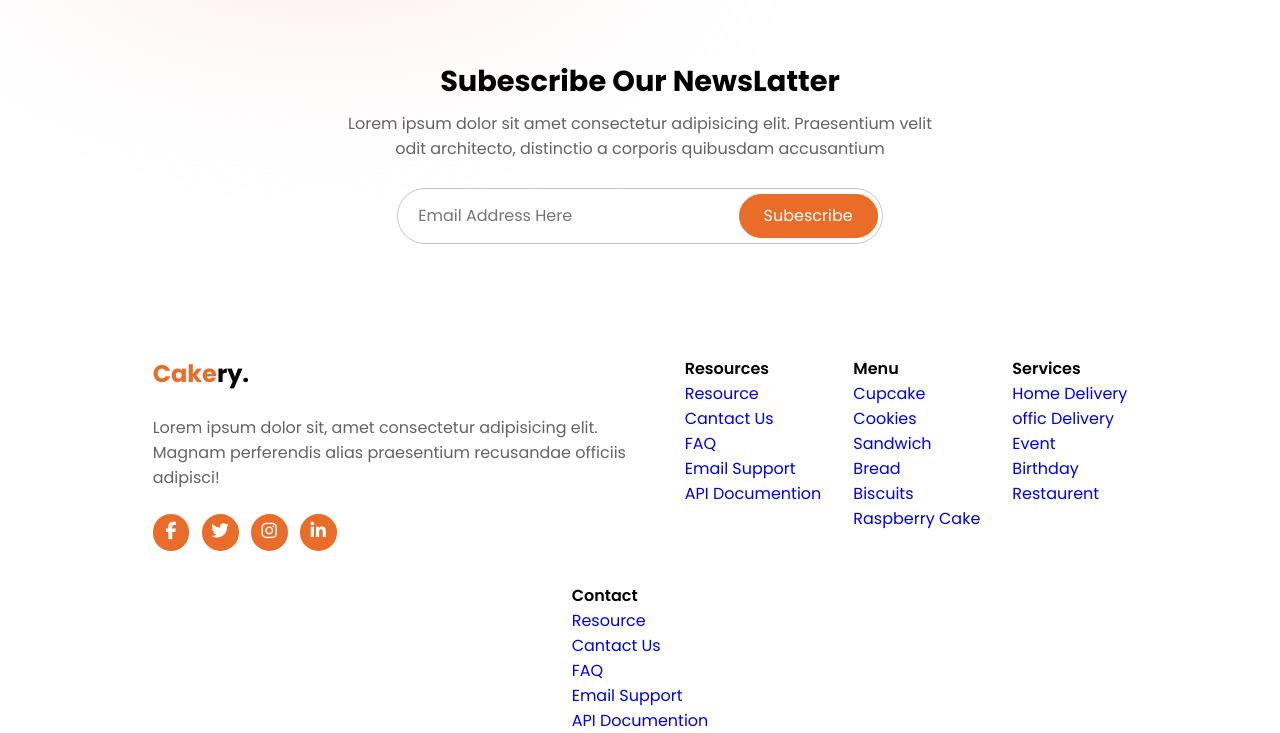
Repository: kingamirhosein100000-maker/cake.shop
Page: index.html
An editor plug-in stored every save of this project. The page is shown before and after the next save, followed by the edit.
The browser window is 1280 px wide. The pictures show the part of the page from y = 4552 to 5285 px (the page is 5285 px tall before and 5235 px after).
A picture or video elsewhere on the page could not be fetched, so the positions and the page height are approximate. Some web libraries are served in a nearby version.

Above is the page before, as saved 2026-01-29 17:52:30.

### index.html
<!DOCTYPE html>
<html lang="en">

<head>
    <meta charset="UTF-8">
    <meta name="viewport" content="width=device-width, initial-scale=1.0">
    <title>Bakery Website</title>
    <link rel="stylesheet" href="style.css">
    <link rel="stylesheet" href="https://cdnjs.cloudflare.com/ajax/libs/font-awesome/7.0.1/css/all.min.css" integrity="sha512-2SwdPD6INVrV/lHTZbO2nodKhrnDdJK9/kg2XD1r9uGqPo1cUbujc+IYdlYdEErWNu69gVcYgdxlmVmzTWnetw==" crossorigin="anonymous" referrerpolicy="no-referrer"
    />
</head>

<body>
    <!-- Header Part -->
    <header>
        <nav class="navbar container">
            <div class="logo">
                <a class="logo-txt" href="#">
                        Cake<span>ry.</span>
                    </a>

            </div>
            <ul class="navlist">
                <li>
                    <a href="#" class="navlinks active">
                            Home
                        </a>
                </li>
                <li>
                    <a href="#" class="navlinks">
                            About
                        </a>
                </li>
                <li>
                    <a href="#" class="navlinks">
                            Menu
                        </a>
                </li>
                <li>
                    <a href="#" class="navlinks">
                            Restaurent
                        </a>
                </li>
                <li>
                    <a href="#" class="navlinks">
                            Order
                        </a>
                </li>
                <li>
                    <a href="#" class="navlinks">
                            Contact
                        </a>
                </li>

            </ul>
            <div class="nav-icons">
                <a href="#" class="icons-link">
                    <i class="fa-solid  fa-user"></i>
                </a>
                <a href="#" class="icons-link">
                    <i class="fa-solid fa-shopping-cart"></i>

                </a>
            </div>
            <div class="hamburger">
                <div class="burger"></div>
                <div class="burger"></div>
                <div class="burger"></div>
            </div>
        </nav>
    </header>
    <!-- Section Parts -->
    <main>

        <!-- /* hero-section */ -->

        <section class="hero-section container">
            <div class="content">
                <div class="whatch">
                    <a href="#" class="icons-link">
                        <i class="fa-solid fa-play"></i>
                    </a>
                    <h3>Watch Video</h3>
                </div>
                <h1>The Perfect Baked Cake Everyday!</h1>
                <p>Lorem ipsum dolor sit, amet consectetur adipisicing elit. Facere laborum quaerat beatae molestiae explicabo asperiores, fugit harum quibusdam sit nesciunt illo.</p>
                <div class="btn-continer">
                    <button>Read More</button>
                    <button data-type="borderd-btn">Order Now</button>
                </div>
            </div>
            <div class="img-conteiner">
                <img src="img/cake.png" alt="عکس کیک ">
            </div>
        </section>
        <!-- Store section -->
        <section class="other-section container">
            <div class="column-canteiner">
                <h2>Welcome To Our Store</h2>
                <p data-type="centerd-txt">Lorem ipsum dolor sit amet consectetur adipisicing elit. Necessitatibus sit earum porro at! Officia, repellat. Modi, tempore minima.</p>
                <div class="card-conteiner">
                    <div class="card" data-type="category">
                        <img src="img/pastery.png">
                        <h3>Cake</h3>
                    </div>
                    <div class="card" data-type="category">
                        <img src="img/sandwich.png">
                        <h3>Sandwich</h3>
                    </div>
                    <div class="card" data-type="category">
                        <img src="img/cookie.png">
                        <h3>Cookie</h3>
                    </div>
                    <div class="card" data-type="category">
                        <img src="img/bread.png">
                        <h3>Bread</h3>
                    </div>
                </div>
            </div>
            </div>
        </section>
        <!-- About section -->
        <section class="other-section container">
            <div class="row-container">
                <div class="image-container">
                    <img src="img/cupcake.jpg">
                </div>


                <div class="content">
                    <h2>About<br> Cakery Bakery</h2>
                    <p>Lorem ipsum dolor sit amet, consectetur adipisicing elit. Laboriosam, necessitatibus nisi nemo, libero molestiae quas quibusdam incidunt voluptate adipisci consequatur ducimus autem</p>
                    <p>Lorem ipsum dolor sit amet consectetur adipisicing elit. Amet quidem rerum maiores quae saepe</p>
                    <button>Read More</button>
                </div>
            </div>
        </section>
        <!-- Featured Food -->

        <section class="other-section container">
            <div class="column-canteiner">
                <h2>Our Featured</h2>
                <p data-type="centerd-txt">Lorem ipsum dolor sit amet consectetur adipisicing elit. Praesentium velit odit architecto, distinctio a corporis quibusdam accusantium tempora </p>



                <div class="card-conteiner">
                    <div class="card" data-type="item">
                        <div class="image-part">
                            <img src="img/birthday cake.jpg">
                        </div>
                        <div class="detail">
                            <h4>$10.00</h4>
                            <h4>Birthday cake</h4>
                        </div>
                    </div>
                    <div class="card" data-type="item">
                        <div class="image-part">
                            <img src="img/muffins.jpg">
                        </div>
                        <div class="detail">
                            <h4>$17.00</h4>
                            <h4>muffins</h4>
                        </div>
                    </div>
                    <div class="card" data-type="item">
                        <div class="image-part">
                            <img src="img/waffles.jpg">
                        </div>
                        <div class="detail">
                            <h4>$19.00</h4>
                            <h4>waffles</h4>
                        </div>
                    </div>
                    <div class="card" data-type="item">
                        <div class="image-part">
                            <img src="img/pancake.jpg">
                        </div>
                        <div class="detail">
                            <h4>$25.00</h4>
                            <h4>pancake</h4>
                        </div>
                    </div>

                </div>



                <div class="card-conteiner">
                    <div class="card" data-type="item">
                        <div class="image-part">
                            <img src="img/piece cake.jpg">
                        </div>
                        <div class="detail">
                            <h4>$18.00</h4>
                            <h4> detail</h4>
                        </div>
                    </div>
                    <div class="card" data-type="item">
                        <div class="image-part">

                            <img src="img/cookies.jpg">
                        </div>
                        <div class="detail">
                            <h4>$16.00</h4>
                            <h4>cookies</h4>
                        </div>
                    </div>
                    <div class="card" data-type="item">
                        <div class="image-part">
                            <img src="img/raspberry cake.jpg">
                        </div>
                        <div class="detail">
                            <h4>$67.00</h4>
                            <h4>raspberry cake</h4>
                        </div>
                    </div>
                    <div class="card" data-type="item">
                        <div class="image-part">
                            <img src="img/donut.jpg">
                        </div>
                        <div class="detail">
                            <h4>$90.00</h4>
                            <h4>donut</h4>
                        </div>
                    </div>
                </div>
            </div>
        </section>
        <!-- App section -->
        <section class="other-section container">
            <div class="row-container">
                <div class="content">
                    <h2>App Is Soon <br> On App Store</h2>
                    <p>Lorem ipsum dolor sit, amet consectetur adipisicing elit. Consequuntur omnis sequi in fugiat iusto laborum, delectus magnam eum! Aspernatur quaerat ex excepturi.</p>
                    <div class="app-img">
                        <img src="img/app store.png" alt="App Store">
                        <img class="qqqq" src="img/play store.png" alt="Google Play">
                    </div>


                </div>
                <div class="img-conteiner">
                    <img src="img/bakery app.png">
                </div>
            </div>
        </section>
        <!-- Best Food section -->
        <section class="other-seimction container">
            <div class="row-container">
                <div class="img-conteiner">
                    <img src="img/creamy pancake.png">
                </div>
                <div class="content">
                    <h2>Best Sell <br> In This Week!</h2>
                    <div class="rating">
                        <h4>$15.00</h4>
                        <img src="img/five star ok.png">
                    </div>
                    <p>Lorem ipsum dolor sit, amet consectetur adipisicing elit. Commodi, libero soluta! Quia nostrum unde corrupti ratione quibusdam dolores sed, voluptatum aliquid possimus!</p>
                    <p>Lorem ipsum dolor sit amet, consectetur adipisicing elit. Voluptate cum mollitia culpa ullam numquam.</p>
                    <button>Buy Now</button>


                </div>
            </div>
        </section>
        <!-- NewsLatter section -->
        <section class="other-section container">
            <div class="column-canteiner">
                <h2>Subescribe Our NewsLatter</h2>
                <p data-type="centerd-txt">Lorem ipsum dolor sit amet consectetur adipisicing elit. Praesentium velit odit architecto, distinctio a corporis quibusdam accusantium</p>

                <form class="form-canteiner">
                    <input type="email" name="email" id="email" autocomplete="off" placeholder="Email Address Here">
                    <input type="submit" value="Subescribe" class="form-btn">
                </form>
            </div>
        </section>
    </main>
    <!-- Footer Parts -->
    <footer>
<div class="column-canteiner container">
    <div class="card-conteiner">

    <div class="column">
        <div class="logo">
                            <a class="logo-txt" href="#">
                        Cake<span>ry.</span>
                    </a>
        </div>

        <p>Lorem ipsum dolor sit, amet consectetur adipisicing elit. Magnam perferendis alias praesentium recusandae officiis adipisci!</p>
        <div class="icons">
            <a href="#" class="icons-link">
                <i class="fa-brands fa-facebook-f"></i>
            </a>
            <a href="#" class="icons-link">
                <i class="fa-brands fa-twitter"></i>
            </a>
            <a href="#" class="icons-link">
                <i class="fa-brands fa-instagram"></i>
            </a>
            <a href="#" class="icons-link">
                <i class="fa-brands fa-linkedin-in"></i>
            </a>
        </div>
    </div>
    <div class="column">
<h4>Resources</h4>
<ul class="footer-list">
    <li>
        <a href="#" class="footer-links">Resource</a>
    </li>
    <li>
        <a href="#" class="footer-links">Cantact Us</a>
    </li>
    <li>
        <a href="#" class="footer-links">FAQ</a>
    </li>
    <li>
        <a href="#" class="footer-links">Email Support</a>
    </li>
    <li>
        <a href="#" class="footer-links">API Documention</a>
    </li>
</ul>
    </div>
    <div class="column">
        <h4>Menu</h4>
        <ul class="footer-list">
    <li>
        <a href="#" class="footer-links">Cupcake</a>
    </li>
    <li>
        <a href="#" class="footer-links">Cookies</a>
    </li>
    <li>
        <a href="#" class="footer-links">Sandwich</a>
    </li>
    <li>
        <a href="#" class="footer-links">Bread</a>
    </li>
    <li>
        <a href="#" class="footer-links">Biscuits</a>
    </li>
    <li>
        <a href="#" class="footer-links">Raspberry Cake</a>
    </li>
</ul>
    </div>
    <div class="column">
        <h4>Services</h4>
<ul class="footer-list">
    <li>
        <a href="#" class="footer-links">Home Delivery</a>
    </li>
    <li>
        <a href="#" class="footer-links">offic Delivery</a>
    </li>
    <li>
        <a href="#" class="footer-links">Event</a>
    </li>
    <li>
        <a href="#" class="footer-links">Birthday</a>
    </li>
    <li>
        <a href="#" class="footer-links">Restaurent</a>
    </li>
</ul>
    </div>
    <div class="column">
        <h4>Contact</h4>
<ul class="footer-list">
    <li>
        <a href="#" class="footer-links">Resource</a>
    </li>
    <li>
        <a href="#" class="footer-links">Cantact Us</a>
    </li>
    <li>
        <a href="#" class="footer-links">FAQ</a>
    </li>
    <li>
        <a href="#" class="footer-links">Email Support</a>
    </li>
    <li>
        <a href="#" class="footer-links">API Documention</a>
    </li>
</ul>
    </div>
    </div>
</div>

    </footer>
    <script src=" main.js "></script>
</body>

</html>

Loaded but not shown: main.js (13 lines, source omitted); style.css (330 lines, source omitted)

After the next save:
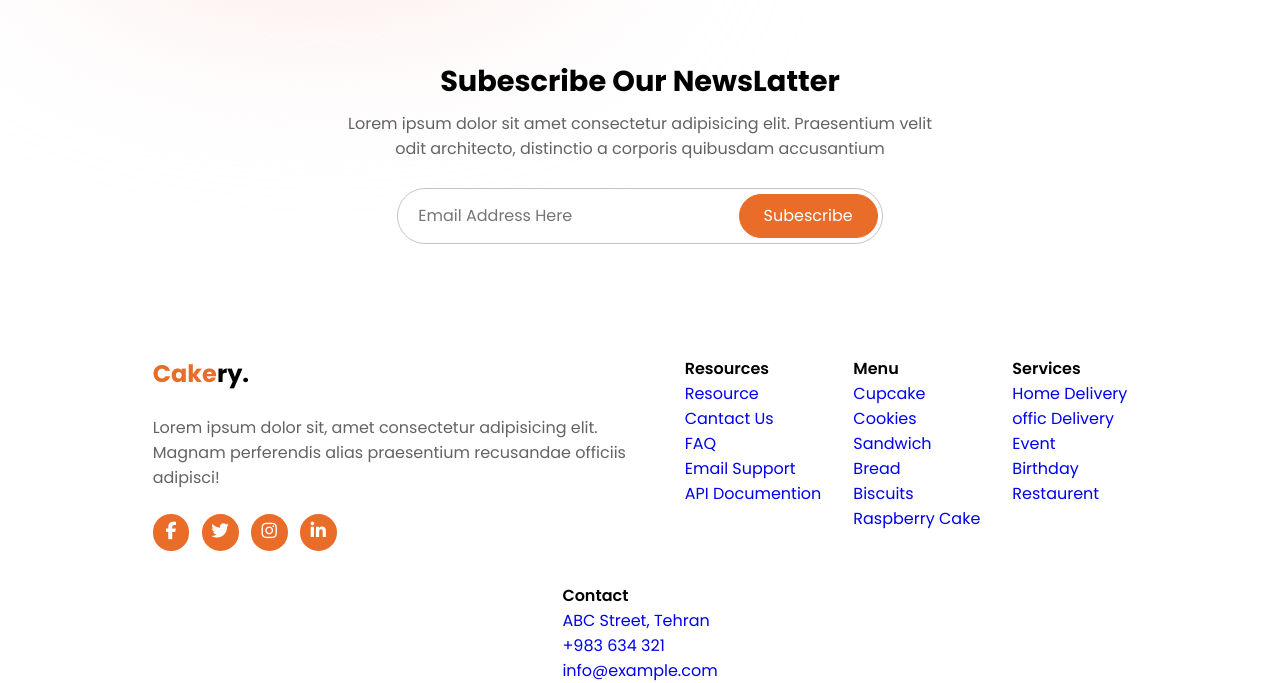
Saved 14 s later.
--- a/index.html
+++ b/index.html
@@ -371,22 +371,17 @@
     </div>
     <div class="column">
         <h4>Contact</h4>
-<ul class="footer-list">
-    <li>
-        <a href="#" class="footer-links">Resource</a>
-    </li>
-    <li>
-        <a href="#" class="footer-links">Cantact Us</a>
-    </li>
-    <li>
-        <a href="#" class="footer-links">FAQ</a>
-    </li>
-    <li>
-        <a href="#" class="footer-links">Email Support</a>
-    </li>
-    <li>
-        <a href="#" class="footer-links">API Documention</a>
-    </li>
+        <ul class="footer-list">
+    <li>
+        <a href="#" class="footer-links">ABC Street, Tehran</a>
+    </li>
+    <li>
+        <a href="#" class="footer-links">+983 634 321</a>
+    </li>
+    <li>
+        <a href="#" class="footer-links">info@example.com</a>
+    </li>
+
 </ul>
     </div>
     </div>
